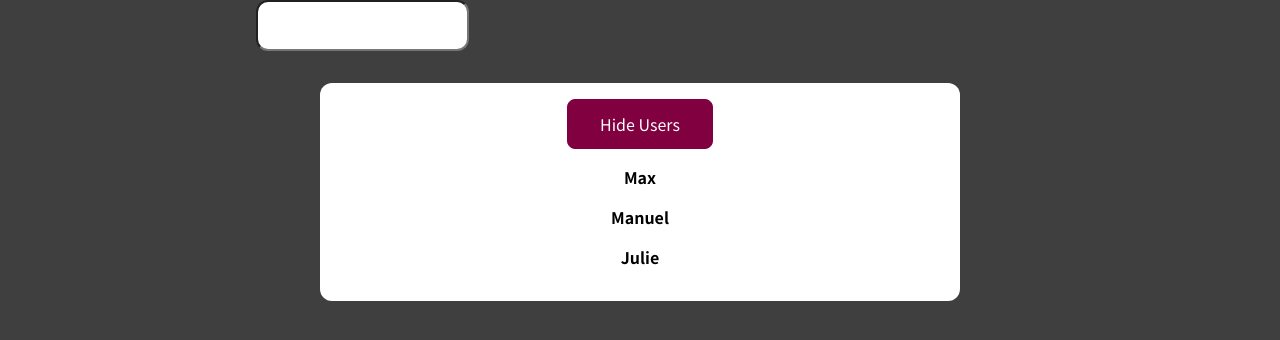
Repository: prathmeshgodbole/React-Class-Based
Page: /
These files come from the project's save history. The page is drawn as it stood at one moment and after the next save; the edit follows.
The browser window is 1280 px wide. The pictures show the whole page.
The project was rebuilt for these pictures with package versions that can differ from the ones it lists, and the page was loaded fresh each time.

Above is the page before, as saved 2021-07-15 15:23:36.

After the next save:
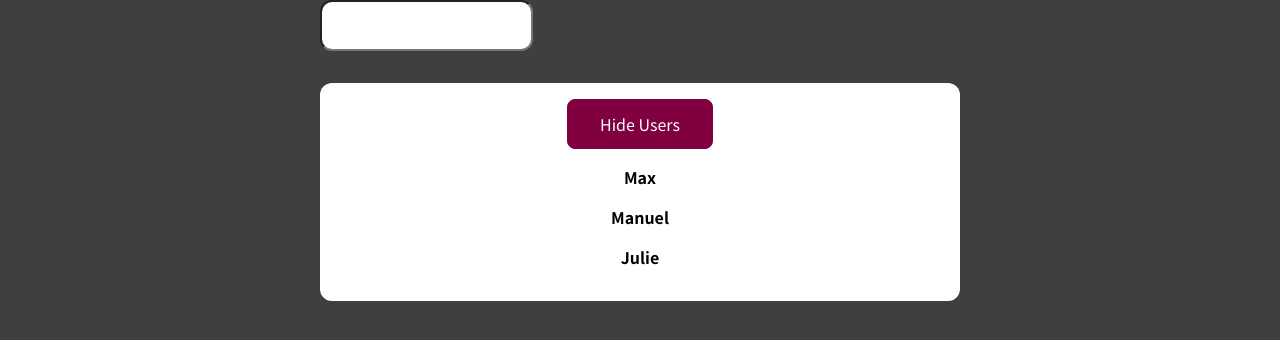
Saved 16 s later.
--- a/src/components/UserFinder.module.css
+++ b/src/components/UserFinder.module.css
@@ -1,5 +1,5 @@
 .finder {
-    margin-left: 20%;
+    margin-left: 20rem;
     /* margin: 2rem auto; */
     background-color: white;
     padding: 1rem;
